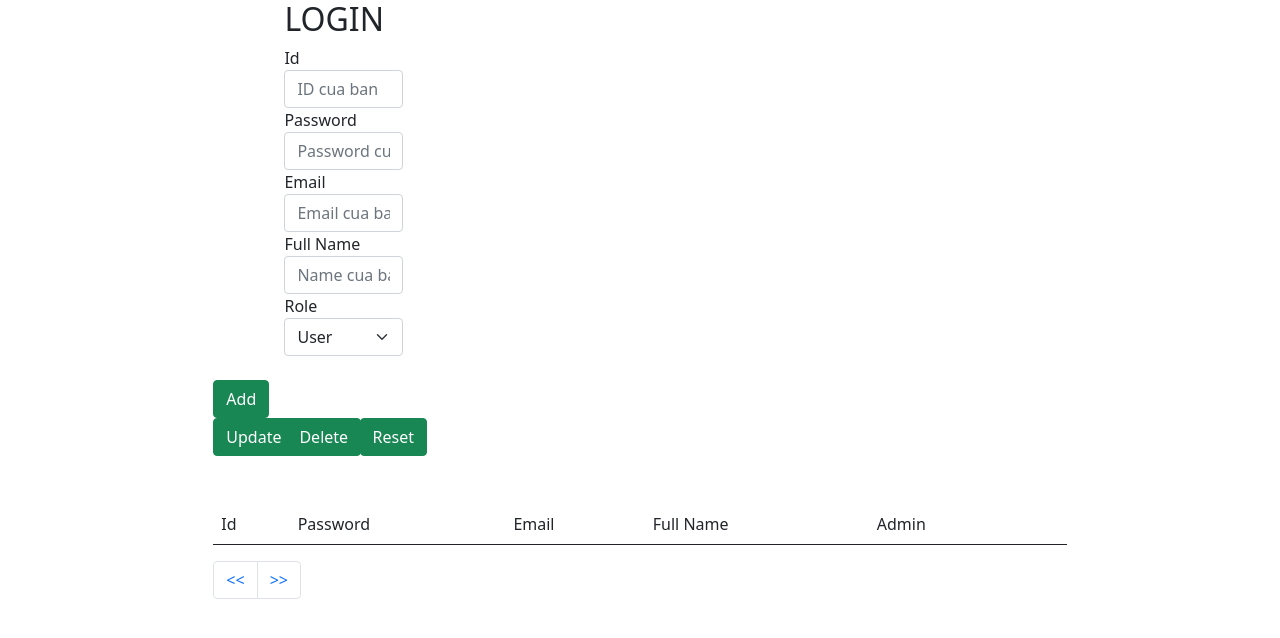
Repository: kiennd3921/AssJava4
Page: http://localhost/Assignment/view/auth/index.jsp
These files come from the project's save history. The page is drawn as it stood at one moment and after the next save; the edit follows.
The browser window is 1280 px wide. The pictures show the whole page.
The page is served by Tomcat 9. The template is opened directly, without the code that normally fills it, so the values that code supplies are empty.

Above is the page before, as saved 2021-04-17 17:43:29.

After the next save:
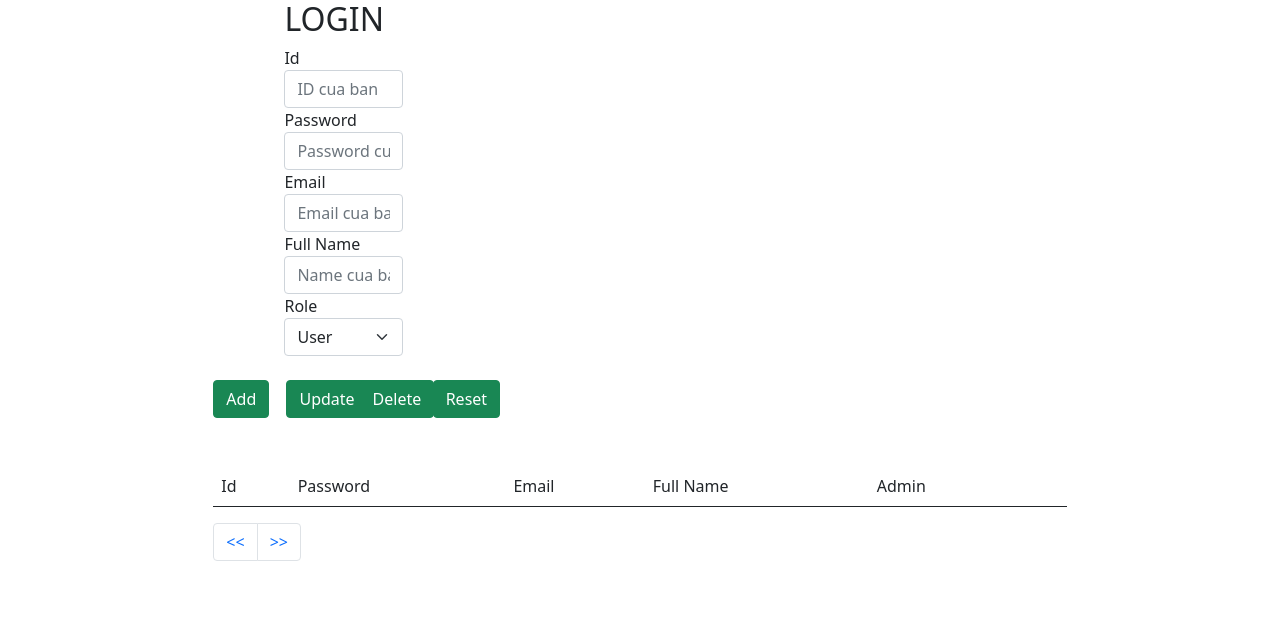
Saved 19 s later.
--- a/PT15307-UD/Assignment/WebContent/view/auth/index.jsp
+++ b/PT15307-UD/Assignment/WebContent/view/auth/index.jsp
@@ -46,7 +46,7 @@
 
 
 		<div class="mt-4 row">
-			<div class="col-mt-1">
+			<div class="col-md-1">
 				<button class="btn btn-success">Add</button>
 			</div>
 			<div class="col-md-1">
